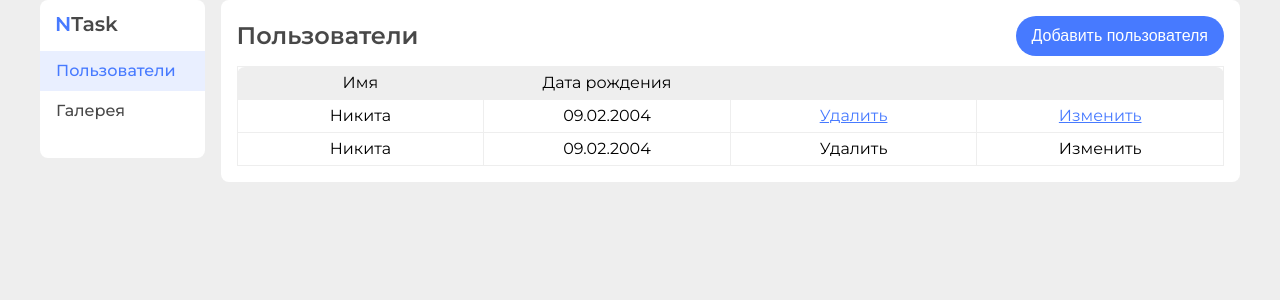
Repository: Grid-Master/NTask
Page: /
These files come from the project's save history. The page is drawn as it stood at one moment and after the next save; the edit follows.
The browser window is 1280 px wide. The pictures show the whole page.
The project was rebuilt for these pictures with package versions that can differ from the ones it lists, and the page was loaded fresh each time.

Above is the page before, as saved 2023-06-05 11:21:11.

### public/index.html
<!DOCTYPE html>
<html lang="en">
  <head>
    <meta charset="utf-8" />
    <link rel="icon" href="%PUBLIC_URL%/favicon.ico" />
    <meta name="viewport" content="width=device-width, initial-scale=1" />
    <meta name="theme-color" content="#000000" />
    <meta name="description" content="Web site created using create-react-app" />
    <link rel="apple-touch-icon" href="%PUBLIC_URL%/logo192.png" />
    <link rel="preconnect" href="https://fonts.googleapis.com" />
    <link rel="preconnect" href="https://fonts.gstatic.com" crossorigin />
    <link
      href="https://fonts.googleapis.com/css2?family=Montserrat:wght@300;400;500;600;700&display=swap"
      rel="stylesheet" />
    <link rel="manifest" href="%PUBLIC_URL%/manifest.json" />
    <title>React App</title>
  </head>
  <body>
    <noscript>You need to enable JavaScript to run this app.</noscript>
    <div id="root"></div>
  </body>
</html>

### src/index.css
html, body, div, span, applet, object, iframe,
h1, h2, h3, h4, h5, h6, p, blockquote, pre,
a, abbr, acronym, address, big, cite, code,
del, dfn, em, img, ins, kbd, q, s, samp,
small, strike, strong, sub, sup, tt, var,
b, u, i, center,
dl, dt, dd, ol, ul, li,
fieldset, form, label, legend,
table, caption, tbody, tfoot, thead, tr, th, td,
article, aside, canvas, details, embed,
figure, figcaption, footer, header, hgroup,
menu, nav, output, ruby, section, summary,
time, mark, audio, video {
	margin: 0;
	padding: 0;
	border: 0;
	font-size: 100%;
	font: inherit;
	vertical-align: baseline;
}
/* HTML5 display-role reset for older browsers */
article, aside, details, figcaption, figure,
footer, header, hgroup, menu, nav, section {
	display: block;
}
body {
	line-height: 1;
}
ol, ul {
	list-style: none;
}
blockquote, q {
	quotes: none;
}
blockquote:before, blockquote:after,
q:before, q:after {
	content: '';
	content: none;
}
table {
	border-collapse: collapse;
}
body {
  margin: 0;
  font-family: Montserrat;
  background: #EEEEEE;
  max-width: 1200px;
  margin: 0 auto;

}

code {
  font-family: source-code-pro, Menlo, Monaco, Consolas, 'Courier New',
    monospace;
}

### src/App.tsx
import './App.css';
import Navbar from './components/navabar/Navbar';
import UserList from './components/userList/UserList';

function App() {
  return (
    <div className="App">
      <Navbar />
      <UserList />
    </div>
  );
}

export default App;

### src/App.css
.App {
  display: flex;
  align-items:start;
  gap: 16px;
}

### src/components/navabar/Navbar.tsx
import { FC } from 'react';
import './navbar.sass';
const logo = require('../../images/logo.png');

const Navbar: FC = () => {
  return (
    <div className="navbar">
      <div className="navbar__imagecontainer">
        <img src={logo} alt="logo" />
      </div>
      <div className="navbar__item navbar__active">Пользователи</div>
      <div className="navbar__item">Галерея</div>
    </div>
  );
};

export default Navbar;

### src/components/userList/UserList.tsx
import React, { FC } from 'react';
import './userList.sass';

const UserList: FC = () => {
  return (
    <div className="userList">
      <div>
        <h1 className="userList__title">Пользователи</h1>
        <button className="userList__addUserBtn">Добавить пользователя</button>
      </div>
      <table className="userList__table">
        <tr className="userList__table-info">
          <td>Имя</td>
          <td>Дата рождения</td>
          <td></td>
          <td></td>
        </tr>
        <tr>
          <td>Никита</td>
          <td>09.02.2004</td>
          <td className="userList__table-btn">Удалить</td>
          <td className="userList__table-btn">Изменить</td>
        </tr>
        <tr>
          <td>Никита</td>
          <td>09.02.2004</td>
          <td>Удалить</td>
          <td>Изменить</td>
        </tr>
      </table>
    </div>
  );
};

export default UserList;

### src/components/navabar/navbar.sass
.navbar
    width: 200px
    height: 158px
    background: #FFFFFF
    border-radius: 8px
    &__imagecontainer
        padding: 16px 0
        margin-left: 16px
    &__item
        padding: 8px 16px
        cursor: pointer
        font-weight: 500
        font-size: 16px
        line-height: 150%
        color: #484848
    &__active
        background: #E9EFFF
        color: #477AFF

### src/components/userList/userList.sass
.userList
    width: 100%
    background: #FFFFFF
    border-radius: 8px
    padding: 16px
    >div
        display: flex
        align-items: center
        justify-content: space-between
    &__title
        font-weight: 600
        font-size: 24px
        line-height: 150%
        color: #484848
    &__addUserBtn
        font-weight: 500
        font-size: 16px
        line-height: 100%
        color: #FFFFFF
        background: #477AFF
        border-radius: 20px
        padding: 12px 16px
        border: none
        outline: none
        cursor: pointer
        transition: .3s
        &:hover
            opacity: .8
    &__table
        margin-top: 10px
        width: 100%
        td
            border: 1px solid #EEEEEE
            width: 238px
            text-align: center
            padding: 8px 0
        &-btn
            cursor: pointer
            text-decoration-line: underline
            color: #477AFF
            transition: .2s
            &:hover
                opacity: .8
        tr:first-child td:first-child
            border-radius: 8px 0 0 0
        tr:first-child td:last-child
            border-radius: 0 8px 0 0
        &-info
            background-color: #EEEEEE
            border-radius: 8px !important

Loaded but not shown: src/index.tsx (common file)

After the next save:
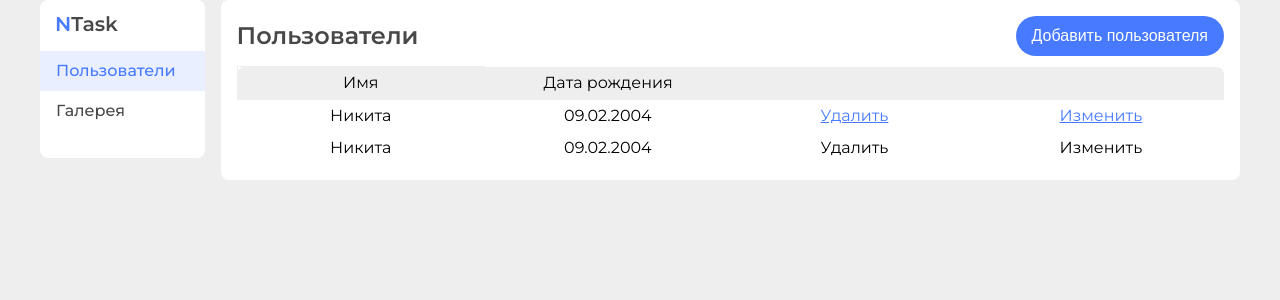
Saved 32 s later.
--- a/src/components/userList/userList.sass
+++ b/src/components/userList/userList.sass
@@ -30,7 +30,7 @@
         margin-top: 10px
         width: 100%
         td
-            border: 1px solid #EEEEEE
+            // border: 1px solid #EEEEEE
             width: 238px
             text-align: center
             padding: 8px 0
@@ -42,6 +42,7 @@
             &:hover
                 opacity: .8
         tr:first-child td:first-child
+            border: 1px solid #EEEEEE
             border-radius: 8px 0 0 0
         tr:first-child td:last-child
             border-radius: 0 8px 0 0
